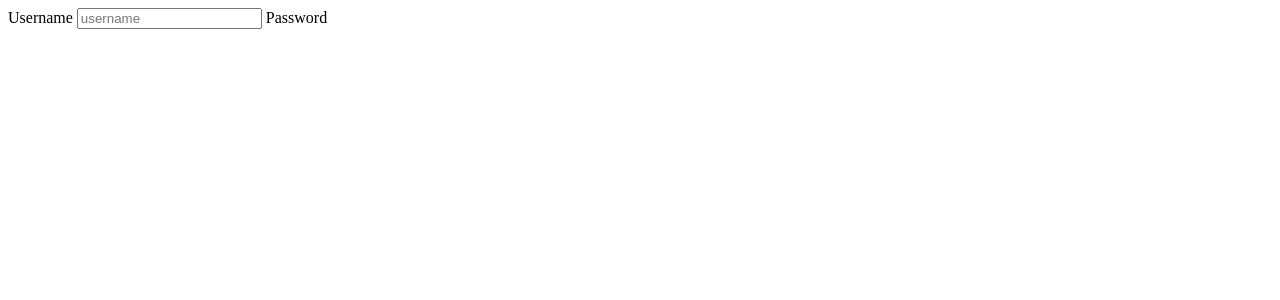
Repository: OrusuRatnamala/JAVA
Page: servlets/Sample/WebContent/New1.html
The author's editor kept a copy of each file at every save. The page is drawn from the files as they stood at one save, then again after the next save.
The browser window is 1280 px wide. The pictures show the whole page.

Above is the page before, as saved 2023-09-14 22:15:07.

After the next save:
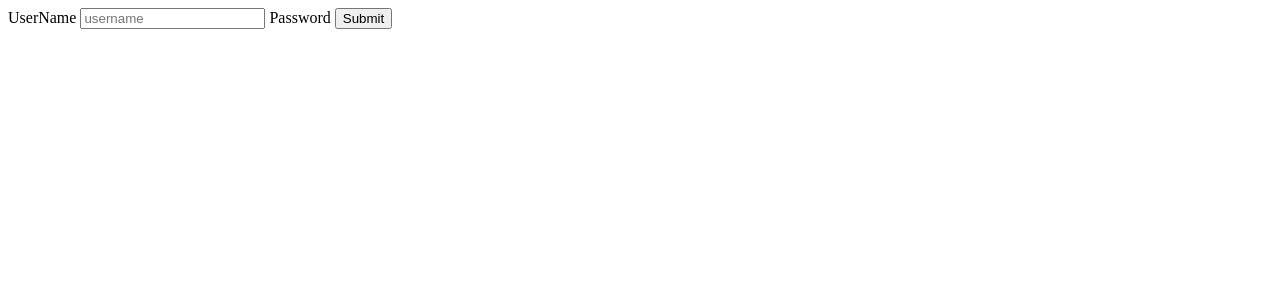
Saved 68 s later.
--- a/servlets/Sample/WebContent/New1.html
+++ b/servlets/Sample/WebContent/New1.html
@@ -5,9 +5,9 @@
 <title>Insert title here</title>
 </head>
 <body>
-Username <input type="text" name ="username" placeholder="username"/>
-Password <nput type="password" name="password" placeholder="password/>
-<input type="Submit"/>
+UserName <input type="text" name ="username" placeholder="username"/>
+Password <nput type="password" name="password" placeholder="password"/>
+         <input type="Submit"/>
 
 </body>
 </html>
